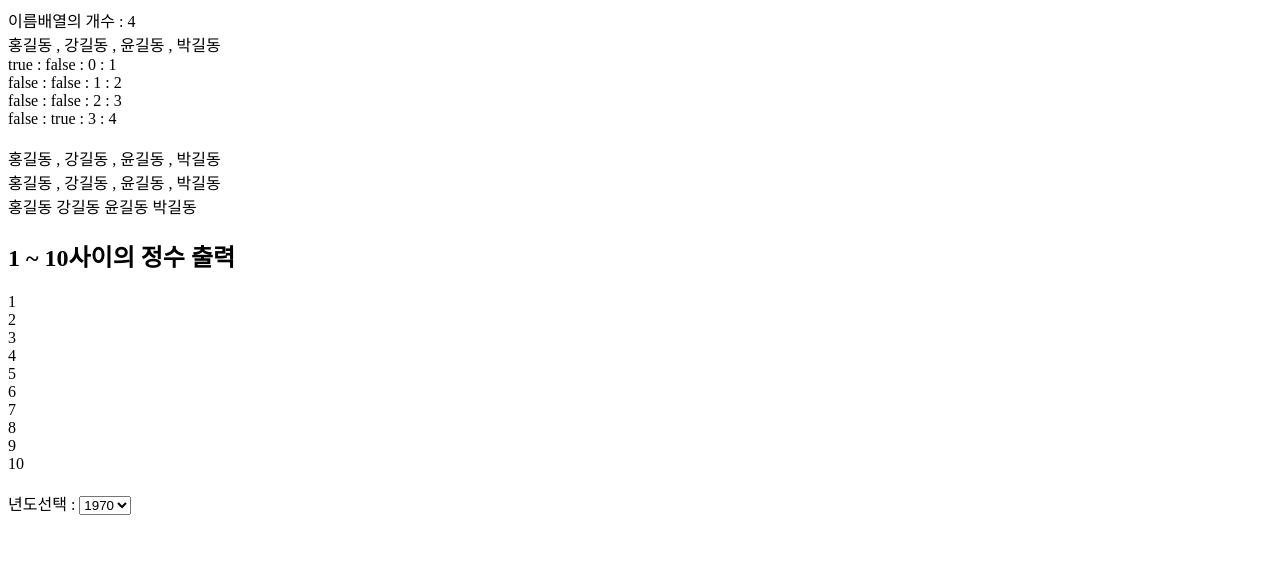
Repository: sunnny10/web-workspace
Page: http://localhost/Lecture-Web/jsp/jstl/core/exam05.jsp
The author's editor kept a copy of each file at every save. The page is drawn from the files as they stood at one save, then again after the next save.
The browser window is 1280 px wide. The pictures show the whole page.
The page is served by Tomcat 9.

Above is the page before, as saved 2022-06-07 07:56:20.

After the next save:
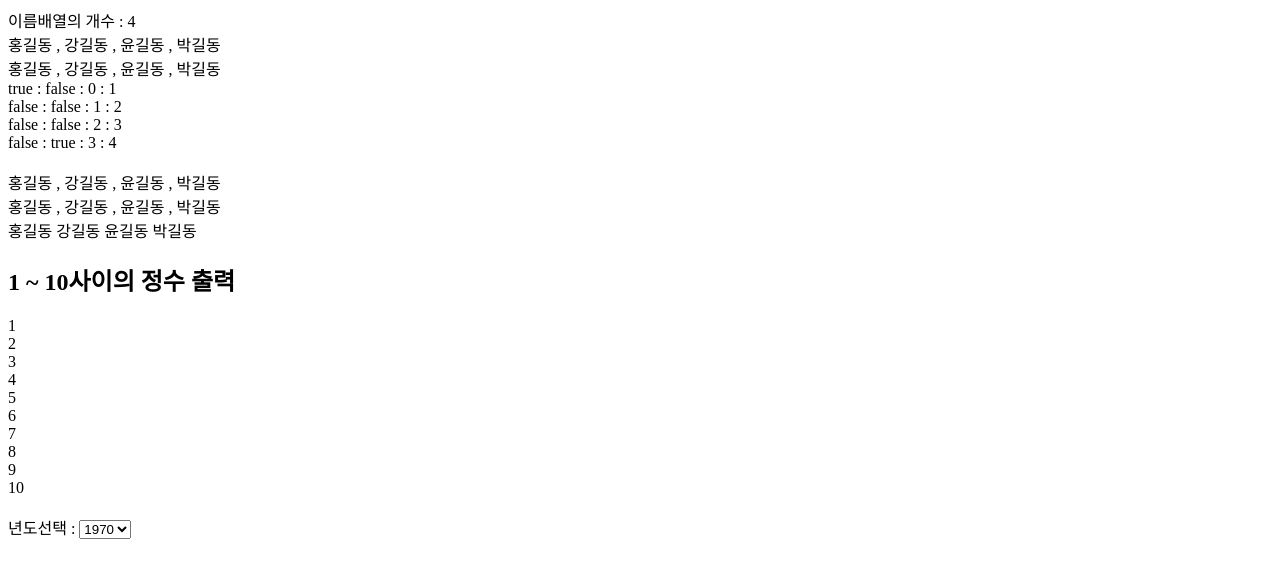
Saved 91 s later.
--- a/Lecture-Web/src/main/webapp/jsp/jstl/core/exam05.jsp
+++ b/Lecture-Web/src/main/webapp/jsp/jstl/core/exam05.jsp
@@ -16,6 +16,16 @@
 </head>
 <body>
 	이름배열의 개수 : ${ fn:length(names) }<br>
+	<c:forEach begin="0" end="${ fn:length(names)-1 }" var="i">
+		<%-- <c:if test="${i ne 0}">
+			,
+		</c:if> --%>
+		${ names[i] }
+		<c:if test="${ i ne length }">
+			,
+		</c:if>
+	</c:forEach>
+	<br>
 	<c:forEach items="${ names }" var="name" varStatus="loop">
 		<!-- . 으로 접근하는 것은 자바빈즈 클래스거나 맵 일때 접근 -->
 		<c:if test="${ not loop.first }">
